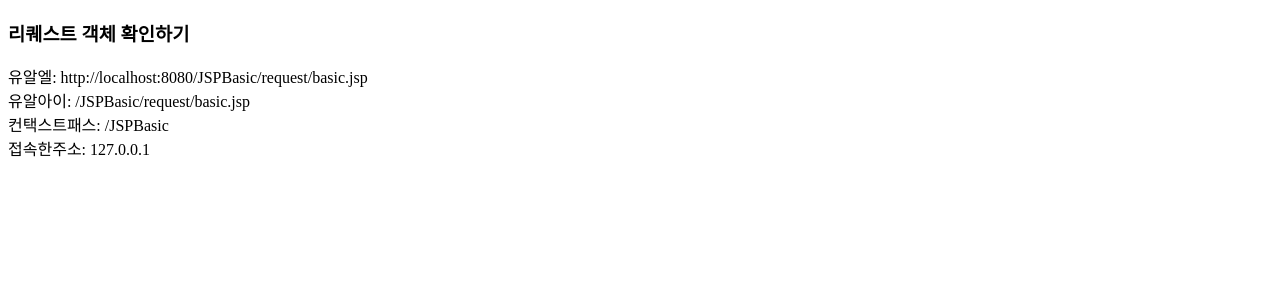
Repository: YeonHaw/jsp
Page: http://localhost/JSPBasic/request/basic.jsp
An editor plug-in stored every save of this project. The page is shown before and after the next save, followed by the edit.
The browser window is 1280 px wide. The pictures show the whole page.
The page is served by Tomcat 9. Other server files are loaded and not shown.

Above is the page before, as saved 2023-12-28 05:45:29.

### JSPBasic/src/main/webapp/request/basic.jsp
<%@ page language="java" contentType="text/html; charset=UTF-8"
    pageEncoding="UTF-8"%>
    <%

    	//request는 자동으로 생성되는 내장객체. 그래서 request변수에 . 찍어서 사용함

    	StringBuffer url = request.getRequestURL(); //전체주소
  		String uri=request.getRequestURI(); //서버주소를 뺀 나머지

  		String path= request.getContextPath(); // 컨패스- was가 프로젝트를 구분하는 최상위 경로
		String addr = request.getRemoteAddr();
  		%>
<!DOCTYPE html>
<html>
<head>
<meta charset="UTF-8">
<title>Insert title here</title>
</head>
<body>

	<h3>리퀘스트 객체 확인하기</h3>
	유알엘: <%= url%><br>
	유알아이: <%= uri%><br>
	컨택스트패스: <%= path%><br>
	접속한주소: <%=addr %><br>
</body>
</html>

After the next save:
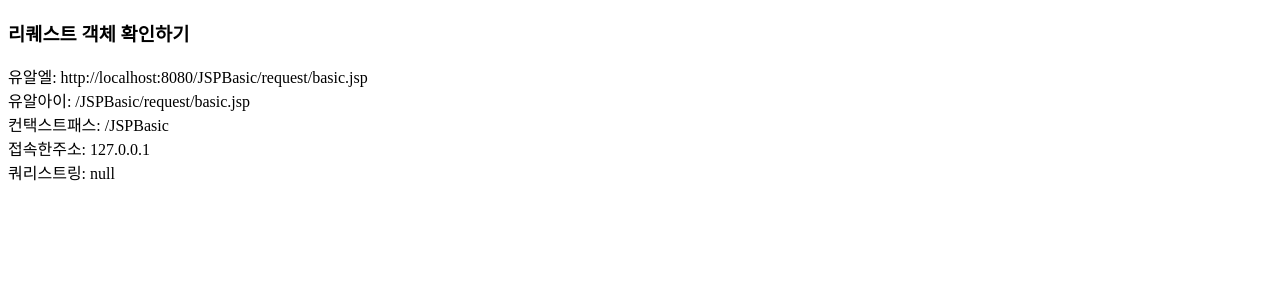
Saved 5 min 20 s later.
--- a/JSPBasic/src/main/webapp/request/basic.jsp
+++ b/JSPBasic/src/main/webapp/request/basic.jsp
@@ -8,7 +8,9 @@
   		String uri=request.getRequestURI(); //서버주소를 뺀 나머지
 
   		String path= request.getContextPath(); // 컨패스- was가 프로젝트를 구분하는 최상위 경로
-		String addr = request.getRemoteAddr();
+		String addr = request.getRemoteAddr(); // 요청한 사람의 아이피 주소
+
+		String query = request.getQueryString(); //url주소에 담긴 데이터를 문자열로 얻음
   		%>
 <!DOCTYPE html>
 <html>
@@ -23,5 +25,6 @@
 	유알아이: <%= uri%><br>
 	컨택스트패스: <%= path%><br>
 	접속한주소: <%=addr %><br>
+	쿼리스트링: <%= query %>
 </body>
 </html>
